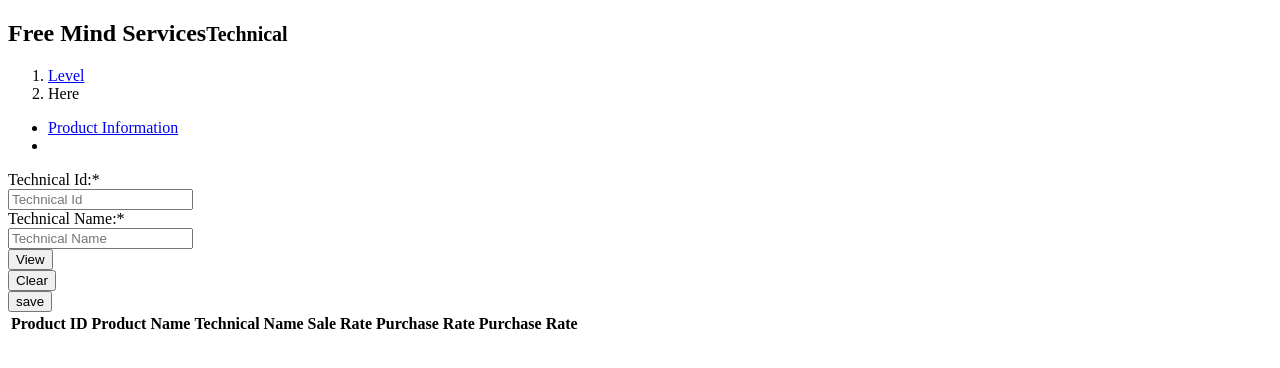
Repository: saiagro/saiagro
Page: http://localhost/AksharaWork/WEB-INF/views/technical.jsp
These files come from the project's save history. The page is drawn as it stood at one moment and after the next save; the edit follows.
The browser window is 1280 px wide. The pictures show the whole page.
The page is served by Tomcat 9. Nobody is signed in. Other server files are loaded and not shown. The template is opened directly, without the code that normally fills it, so the values that code supplies are empty.

Above is the page before, as saved 2016-12-31 13:18:48.

### AksharaWork/WebContent/WEB-INF/views/technical.jsp
<%@ page language="java" contentType="text/html; charset=ISO-8859-1"
    pageEncoding="ISO-8859-1"%>
<%@taglib uri="http://www.springframework.org/tags/form" prefix="form"%>
<%@ taglib uri="http://java.sun.com/jsp/jstl/core" prefix="c"%>
<!DOCTYPE html>
<html>
<head>
<meta http-equiv="Content-Type" content="text/html; charset=ISO-8859-1">
<title>Insert title here</title>
</head>
<body class="hold-transition skin-blue sidebar-mini">
  <div class="wrapper">
   <form:form class="form-horizontal" action="saveTechnical.html" method="post" commandName="technical">
      <div class="content-wrapper">
       <section class="content-header">
         <h1>
            Free Mind Services<small>Technical</small>
         </h1>
         <ol class="breadcrumb">
           <li><a href="#"><i class="fa fa-dashboard"></i> Level</a></li>
           <li class="active">Here</li>
         </ol>
       </section>
       <section class="content">
          <!-- Custom Tabs -->
         <div class="nav-tabs-custom">
           <ul class="nav nav-tabs">
            <li class="active"><a href="#general_info" data-toggle="tab">Product Information</a></li>
            <li class="tabs"  style="display:none"  id="education_tab"><a href="#education" data-toggle="tab">Education</a></li>
            <li class="tabs"  style="display:none"  id="certification_tab"><a href="#certification" data-toggle="tab">Certifications</a></li>
            <li class="tabs"  style="display:none"  id="experience_tab"><a href="#experience" data-toggle="tab">Experience</a></li>
            <li class="tabs"  style="display:none" id="personal_tab" ><a href="#personel_details" data-toggle="tab">Personal Details</a></li>
            <li class="dropdown tabs"  style="display:none" id="family_tab" > <a class="dropdown-toggle" data-toggle="dropdown" href="#">Family Details<span class="caret"></span></a>
              <ul class="dropdown-menu">
                <li><a href="#father_info" data-toggle="tab">Father Info</a></li>
                <li><a href="#mother_info" data-toggle="tab">Mother Info</a></li>
                <li><a href="#partner_info" data-toggle="tab">Partner Info</a></li>
                <li><a href="#children_info" data-toggle="tab">Children Info</a></li>
                <li><a href="#siblings_info" data-toggle="tab">Siblings Info</a></li>
              </ul>
            </li>
            <li class="pull-right"><a href="#" class="text-muted"><i class="fa fa-gear"></i></a></li>
          </ul>
          <div class="tab-content">
            <div class="tab-pane active" id="general_info">
                <div class="box-body">
                  <div class="form-group">
                    <label class="col-sm-2 control-label">Technical Id:<span class="required">*</span></label>
                    <div class="col-sm-3">
                      <form:input type="text" class="form-control" placeholder="Technical Id" value="${technical.technical_id}" path="technical_id"/>
                    </div>
                    <label class="col-sm-2 control-label">Technical Name:<span class="required">*</span></label>
                    <div class="col-sm-3">
                      <form:input type="text" class="form-control" placeholder="Technical Name" path="technical_name" value="${technical.technical_name}"/>
                    </div>
                  </div>
                  <div class="form-group">
                    <div class="col-sm-5">
                      <button type="submit" formmethod="post" formaction="#" class="btn btn-success pull-right">View</button>
                    </div>
                    <div class="col-sm-1">
                      <input type="reset" class="btn btn-danger" value="Clear">
                    </div>
                    <div class="col-sm-2">
                      <input type="submit" class="btn btn-primary" value="save">
                    </div>
                  </div>
                </div>
                <div class="box-body">
                    <table id="example1" class="table table-bordered table-hover">
		                <tr>
			              <th>Product ID</th>
			              <th>Product Name</th>
			              <th>Technical Name</th>
			              <th>Sale Rate</th>
			              <th>Purchase Rate</th>
			              <th>Purchase Rate</th>
		                </tr>
		                <c:forEach items="${productList}" var="product">
			            <tr>
				           <td><c:out value="${product.product_id}"/></td>
				           <td><c:out value="${product.product_name}"/></td>
				           <td>
				            <div class="col-sm-3">
				            <button type="submit" formmethod="post" formaction='editProduct.html?product_id=<c:out value="${product.product_id}"/>' class="btn btn-default">Edit</button>
				           </div>
				            <div class="col-sm-2">
				            <button type="submit" formmethod="post" formaction='deleteProduct.html?id=<c:out value="${product.product_id}"/>' class="btn btn-danger">Delete</button>
				           </div>
				           </td>
			            </tr>
		                </c:forEach>
	                 </table>
                </div>
                </div>
                </div>
             </div>
      </section>
    </div>
   </form:form>
 </div>
</body>
</html>

After the next save:
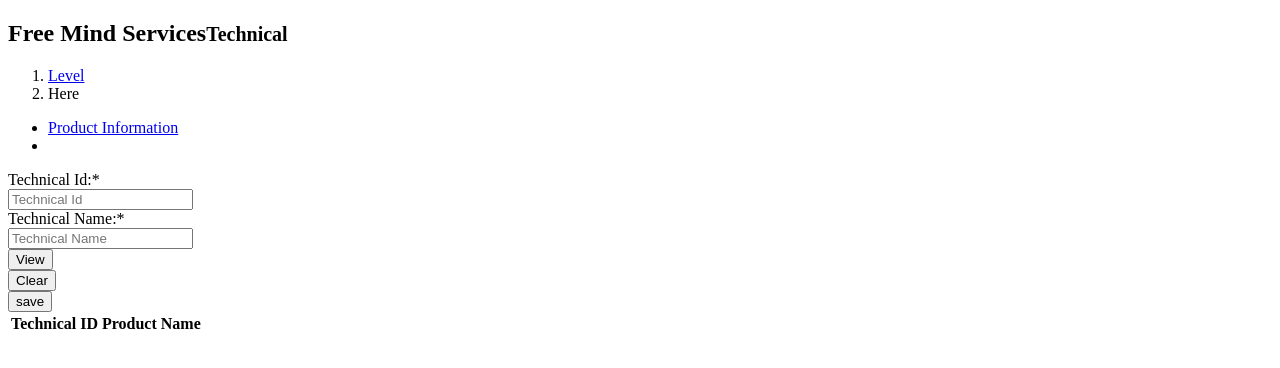
Saved 16 s later.
--- a/AksharaWork/WebContent/WEB-INF/views/technical.jsp
+++ b/AksharaWork/WebContent/WEB-INF/views/technical.jsp
@@ -69,12 +69,8 @@
                 <div class="box-body">
                     <table id="example1" class="table table-bordered table-hover">
 		                <tr>
-			              <th>Product ID</th>
+			              <th>Technical ID</th>
 			              <th>Product Name</th>
-			              <th>Technical Name</th>
-			              <th>Sale Rate</th>
-			              <th>Purchase Rate</th>
-			              <th>Purchase Rate</th>
 		                </tr>
 		                <c:forEach items="${productList}" var="product">
 			            <tr>
